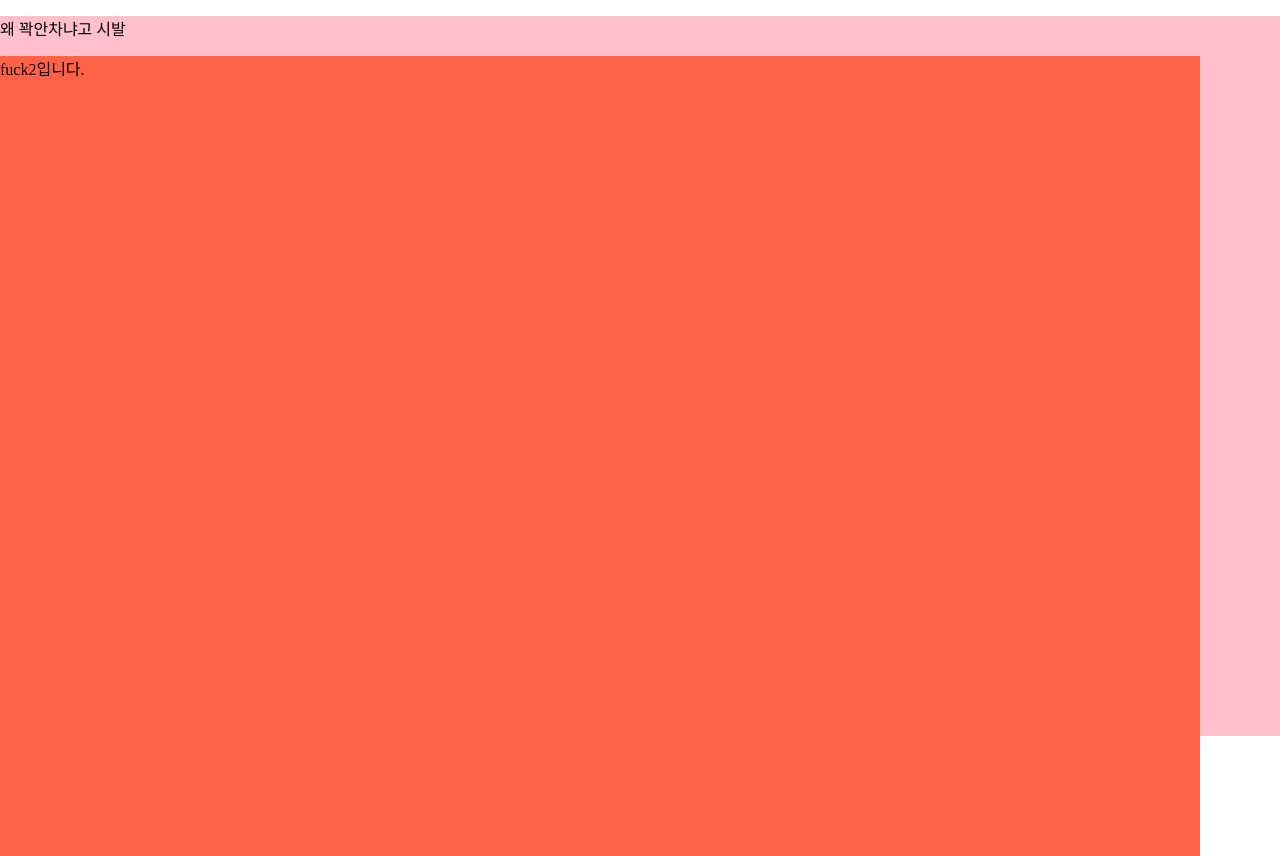
Repository: Devhyeongseon/Academy_Jsp
Page: http://localhost/MyBasic/user/DIV_Study.jsp
The author's editor kept a copy of each file at every save. The page is drawn from the files as they stood at one save, then again after the next save.
The browser window is 1280 px wide. The pictures show the whole page.
The page is served by Tomcat 9.

Above is the page before, as saved 2024-01-10 07:41:57.

### MyBasic/src/main/webapp/user/DIV_Study.jsp
<%@ page language="java" contentType="text/html; charset=UTF-8"
	pageEncoding="UTF-8"%>
<!DOCTYPE html>
<html>
<head>
<meta charset="UTF-8">
<title>Insert title here</title>

<style>
p{
align-items:center;
 /* text-align: center; */

}
html, body {
	width: 100%;
	height: 100%;
	margin: 0;
	position: relative;
}

.fuck1 {
	width: 100vw;
	height: 100vh;
	background: pink;
}
.fuck2 {
	width: 1200px;
	height: 800px;
	background: tomato;
	justify-content: center;
	align-items: center;

}
</style>
</head>


<body>

	<div class="fuck1"><p>왜 꽉안차냐고 시발</p>
		<div class="fuck2">fuck2입니다.
		</div>
	</div>

</body>
</html>

After the next save:
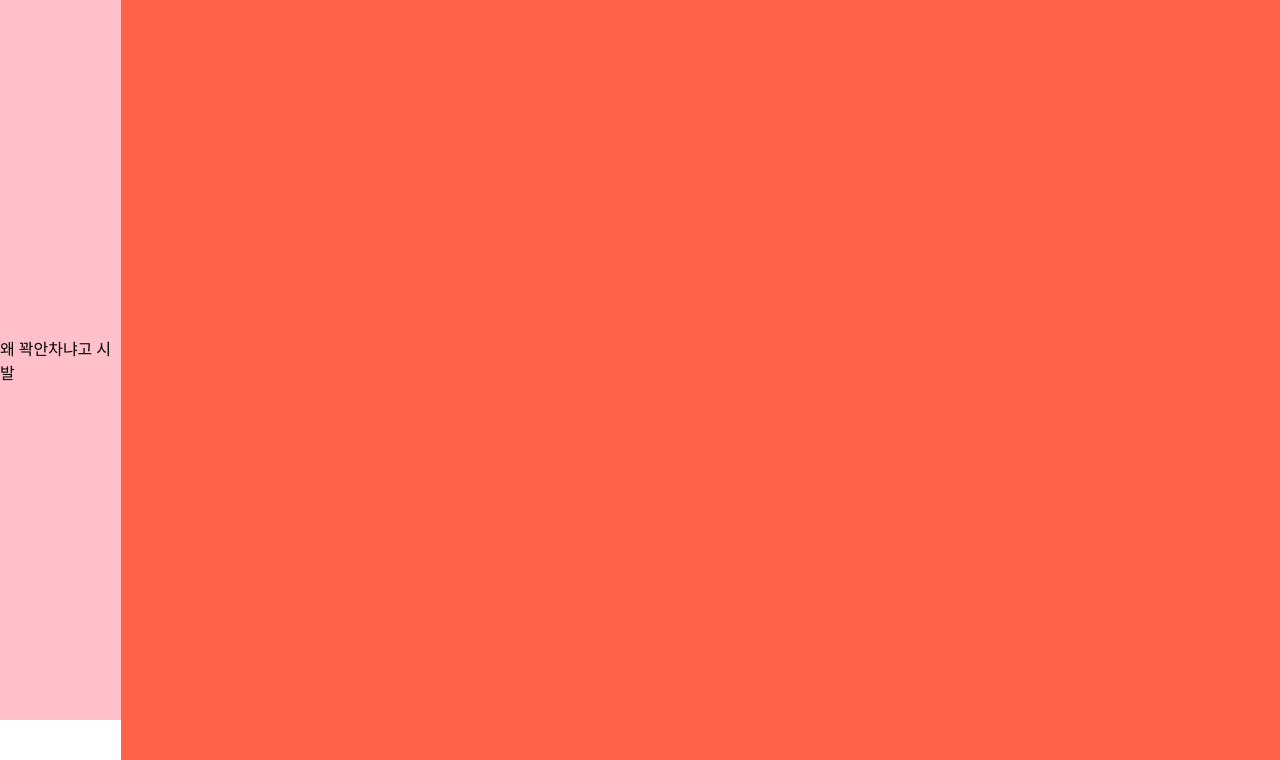
Saved 80 s later.
--- a/MyBasic/src/main/webapp/user/DIV_Study.jsp
+++ b/MyBasic/src/main/webapp/user/DIV_Study.jsp
@@ -23,13 +23,16 @@ html, body {
 	width: 100vw;
 	height: 100vh;
 	background: pink;
+
+	display: flex;
+	justify-content: center;
+	align-items: center;
 }
 .fuck2 {
 	width: 1200px;
 	height: 800px;
 	background: tomato;
-	justify-content: center;
-	align-items: center;
+
 
 }
 </style>
